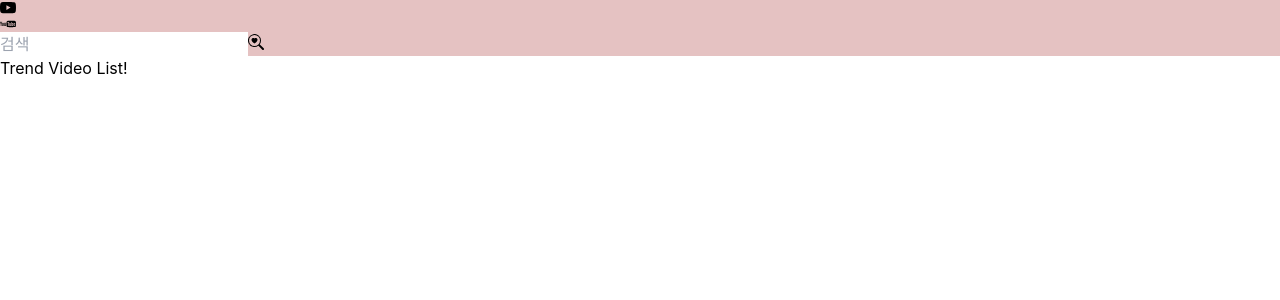
Repository: dnjfht/self-youtube
Page: /
An editor plug-in stored every save of this project. The page is shown before and after the next save, followed by the edit.
The browser window is 1280 px wide. The pictures show the whole page.
The project was rebuilt for these pictures with package versions that can differ from the ones it lists, and the page was loaded fresh each time. Also part of the build but not shown: src/page/Detail.jsx, src/page/NotFoundPage.jsx.

Above is the page before, as saved 2023-06-23 15:15:42.

### src/App.js
import { RouterProvider, createBrowserRouter } from "react-router-dom";
import Videos from "./page/Videos";
import Root from "./page/Root";
import Detail from "./page/Detail";
import NotFoundPage from "./page/NotFoundPage";

function App() {
  const router = createBrowserRouter([
    {
      path: "/",
      element: <Root />,
      children: [
        { index: true, element: <Videos /> },
        { path: "/videos", element: <Videos /> },
        { path: "/videos/:keyword", element: <Videos /> },
        { path: "/videos/watch/:videoId", element: <Detail /> },
        { path: "*", element: <NotFoundPage /> },
      ],
    },
  ]);
  return <RouterProvider router={router} />;
}

export default App;

### src/page/Videos.jsx
import React from "react";
import { useParams } from "react-router-dom";

export default function Home() {
  const { keyword } = useParams();
  console.log(keyword);

  return (
    <div>
      <h2>{keyword ? `${keyword} Video List!` : "Trend Video List!"}</h2>
    </div>
  );
}

### src/page/Root.jsx
import React from "react";
import Navbar from "../components/Navbar";
import { Outlet } from "react-router-dom";
import { DarkModeProvider } from "../context/DarkModeContext";

export default function Root() {
  return (
    <DarkModeProvider>
      <div>
        <Navbar />
        <Outlet />
      </div>
    </DarkModeProvider>
  );
}

### src/components/Navbar.jsx
import React, { useContext, useState } from "react";
import {
  BsYoutube,
  BsSearchHeart,
  BsToggleOff,
  BsToggleOn,
} from "react-icons/bs";
import { ImYoutube2 } from "react-icons/im";
import { DarkModeContext } from "../context/DarkModeContext";
import { useNavigate } from "react-router-dom";

export default function Navbar() {
  const { darkMode, toggleDarkMode } = useContext(DarkModeContext);
  const [text, setText] = useState("");
  console.log(text);

  const navigate = useNavigate();

  return (
    <div className={`${darkMode ? "bg-[#e5c2c2]" : "bg-white"}`}>
      <div>
        <BsYoutube />
        <ImYoutube2 />
      </div>

      <form
        onSubmit={(e) => {
          e.preventDefault();
          navigate(`/videos/${text}`);
        }}
      >
        <input
          type="text"
          placeholder="검색"
          onChange={(e) => {
            setText(e.target.value);
          }}
        />
        <button>
          <BsSearchHeart />
        </button>
      </form>

      <div></div>
    </div>
  );
}

### src/context/DarkModeContext.js
import { createContext, useState } from "react";

export const DarkModeContext = createContext();

export function DarkModeProvider({ children }) {
  const [darkMode, setDarkMode] = useState(true);

  const toggleDarkMode = () => {
    setDarkMode((prev) => !prev);
  };

  return (
    <DarkModeContext.Provider value={{ darkMode, toggleDarkMode }}>
      {children}
    </DarkModeContext.Provider>
  );
}

Loaded but not shown: public/index.html (common file); src/index.js (common file); src/index.css (common file); src/reportWebVitals.js (common file); tailwind.config.js (common file)

After the next save:
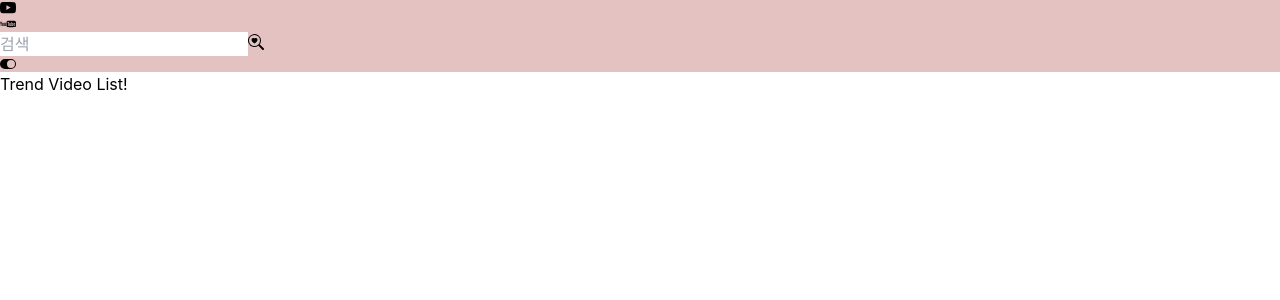
Saved 28 s later.
--- a/src/components/Navbar.jsx
+++ b/src/components/Navbar.jsx
@@ -41,7 +41,7 @@
         </button>
       </form>
 
-      <div></div>
+      <div>{darkMode ? <BsToggleOn /> : <BsToggleOff />}</div>
     </div>
   );
 }
